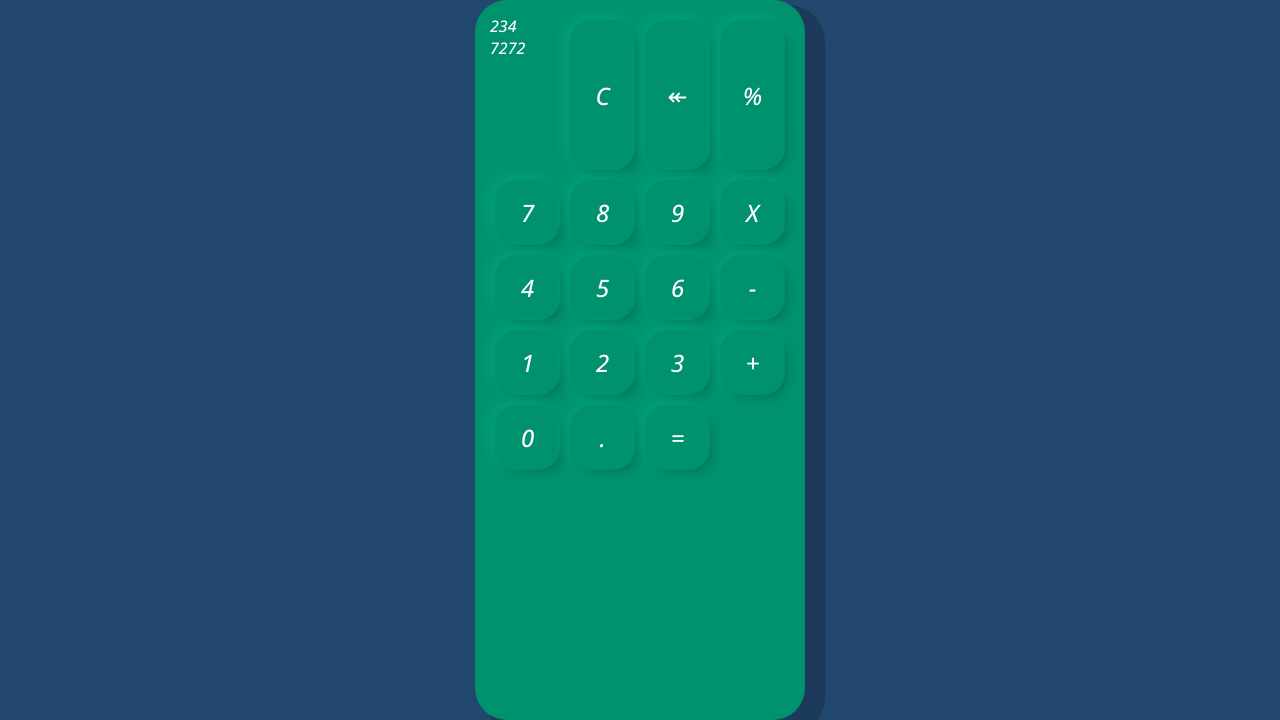
Repository: jhonenmanuel1/javaScript-calculator
Page: src/index.html
An editor plug-in stored every save of this project. The page is shown before and after the next save, followed by the edit.
The browser window is 1280 px wide. The pictures show the whole page.

Above is the page before, as saved 2022-08-02 23:35:49.

After the next save:
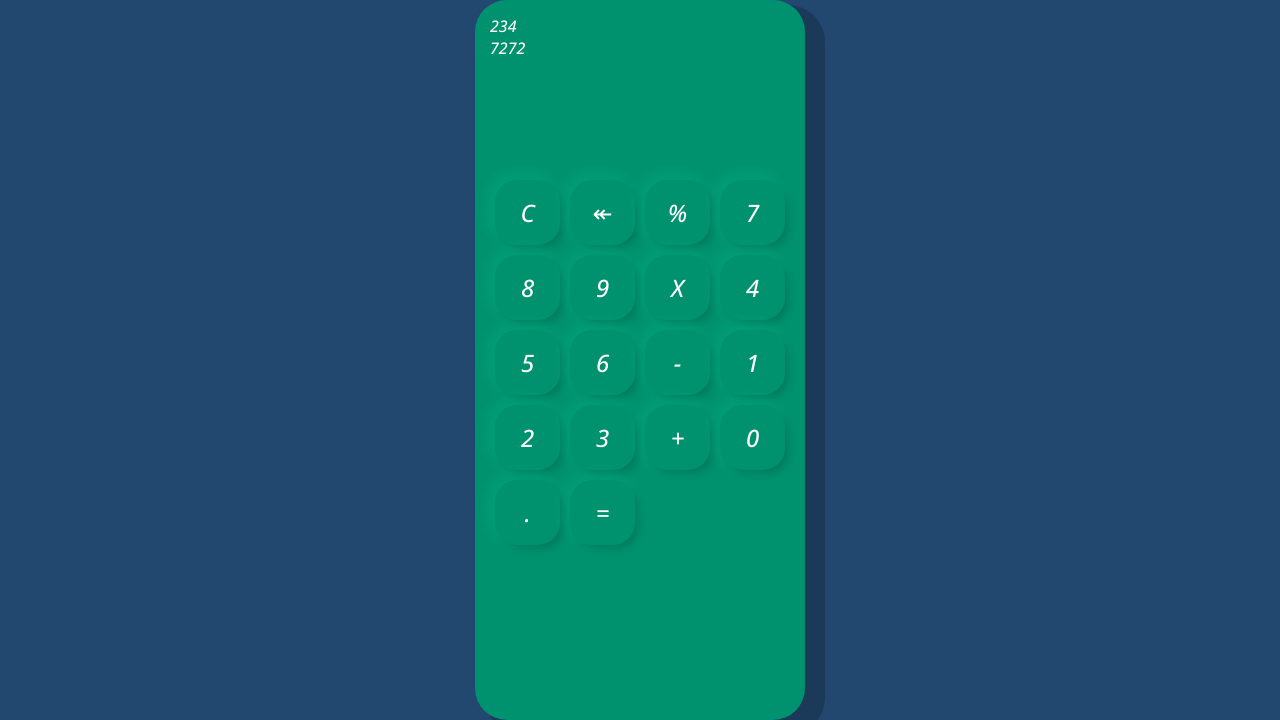
Saved 29 s later.
--- a/src/styles.css
+++ b/src/styles.css
@@ -37,5 +37,5 @@ button:active{
     background-color: #006f54;
 }
 .display{
-    grid-column: 100%;
+    grid-column: 1 / -1 ;
 }
